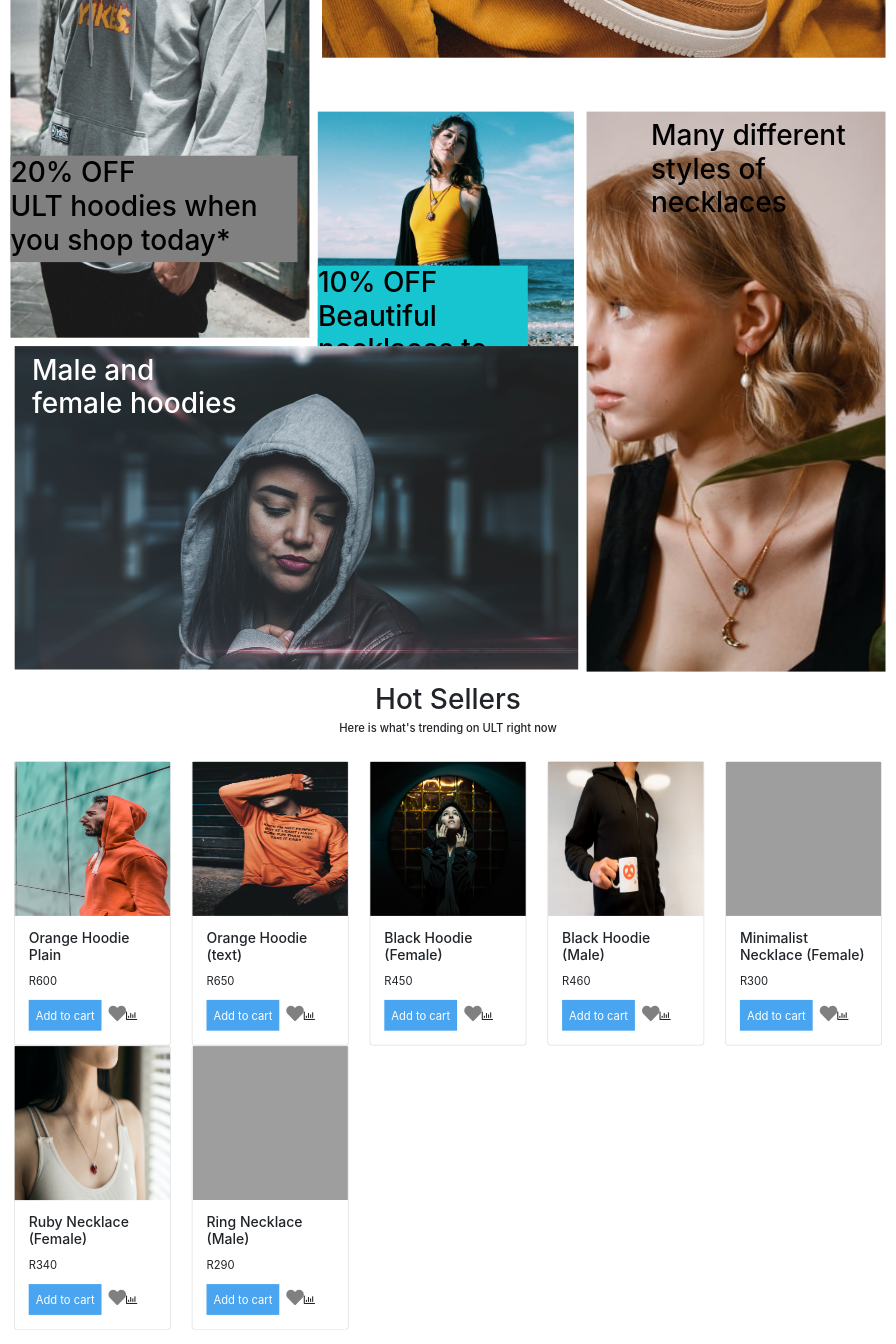
Repository: Ajtheult/Luma-Challenge-Site
Page: /
The author's editor kept a copy of each file at every save. The page is drawn from the files as they stood at one save, then again after the next save.
The browser window is 1280 px wide. The pictures show the part of the page from y = 988 to 2908 px (the page is 2908 px tall), at 70% of full size.
Pictures or frames that could not be fetched are drawn as grey boxes. The project was rebuilt for these pictures with package versions that can differ from the ones it lists, and the page was loaded fresh each time.

Above is the page before, as saved 2020-09-01 10:04:12.

After the next save:
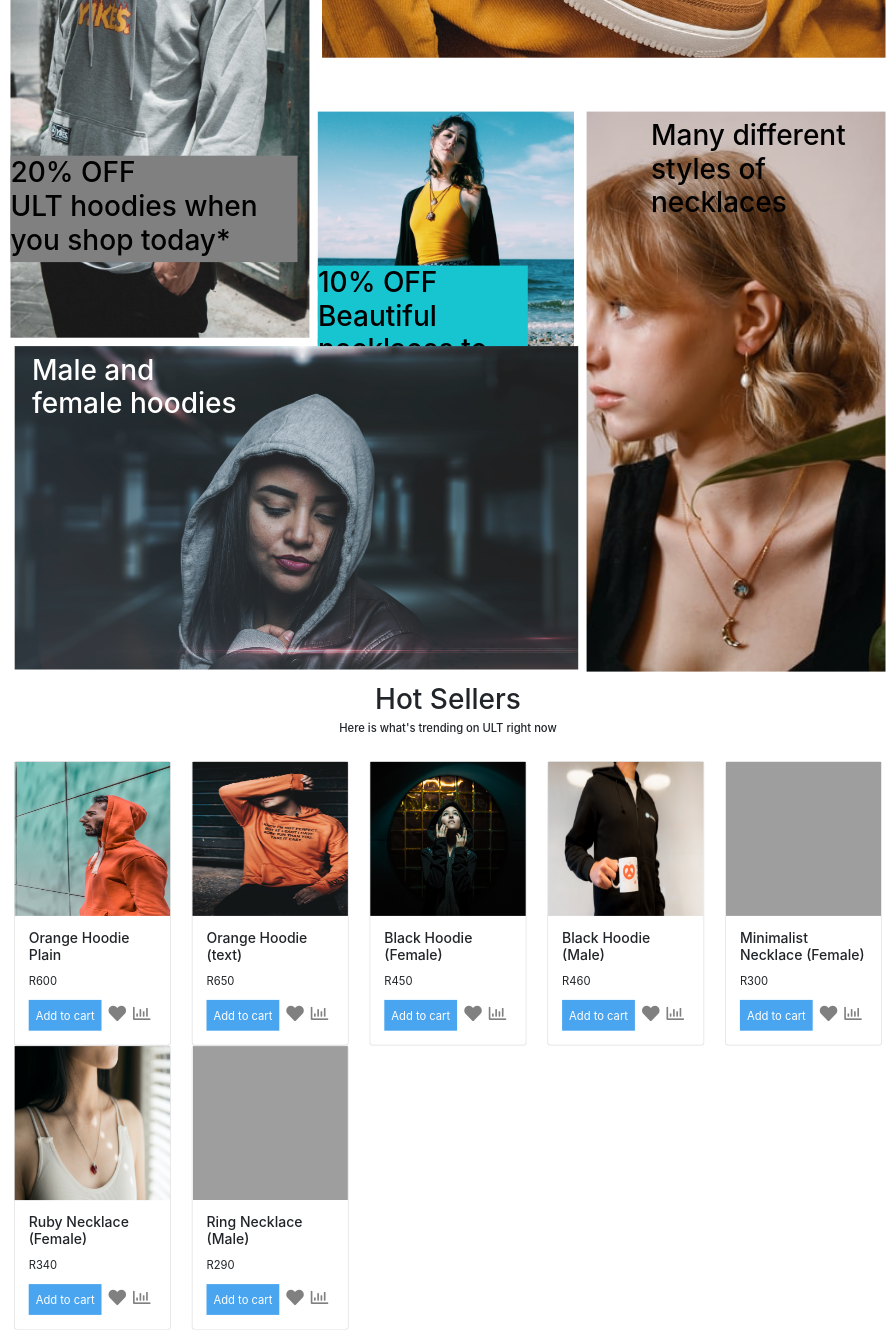
Saved 46 s later.
--- a/src/components/layout/pages/home/SecondHome.js
+++ b/src/components/layout/pages/home/SecondHome.js
@@ -37,7 +37,7 @@
                 <Card.Text>R600</Card.Text>
                 <button className="buttons">Add to cart</button>
                 <i class="fas fa-heart heart-icon-card"></i>
-                <i class="far fa-chart-bar"></i>
+                <i class="far fa-chart-bar heart-icon-card"></i>
               </Card.Body>
             </Card>
           </Col>
@@ -55,7 +55,7 @@
                 <Card.Text>R650</Card.Text>
                 <button className="buttons">Add to cart</button>
                 <i class="fas fa-heart heart-icon-card"></i>
-                <i class="far fa-chart-bar"></i>
+                <i class="far fa-chart-bar heart-icon-card"></i>
               </Card.Body>
             </Card>
           </Col>
@@ -73,7 +73,7 @@
                 <Card.Text>R450</Card.Text>
                 <button className="buttons">Add to cart</button>
                 <i class="fas fa-heart heart-icon-card"></i>
-                <i class="far fa-chart-bar"></i>
+                <i class="far fa-chart-bar heart-icon-card"></i>
               </Card.Body>
             </Card>
           </Col>
@@ -91,7 +91,7 @@
                 <Card.Text>R460</Card.Text>
                 <button className="buttons">Add to cart</button>
                 <i class="fas fa-heart heart-icon-card"></i>
-                <i class="far fa-chart-bar"></i>
+                <i class="far fa-chart-bar heart-icon-card"></i>
               </Card.Body>
             </Card>
           </Col>
@@ -109,7 +109,7 @@
                 <Card.Text>R300</Card.Text>
                 <button className="buttons">Add to cart</button>
                 <i class="fas fa-heart heart-icon-card"></i>
-                <i class="far fa-chart-bar"></i>
+                <i class="far fa-chart-bar heart-icon-card"></i>
               </Card.Body>
             </Card>
           </Col>
@@ -127,7 +127,7 @@
                 <Card.Text>R340</Card.Text>
                 <button className="buttons">Add to cart</button>
                 <i class="fas fa-heart heart-icon-card"></i>
-                <i class="far fa-chart-bar"></i>
+                <i class="far fa-chart-bar heart-icon-card"></i>
               </Card.Body>
             </Card>
           </Col>
@@ -145,7 +145,7 @@
                 <Card.Text>R290</Card.Text>
                 <button className="buttons">Add to cart</button>
                 <i class="fas fa-heart heart-icon-card"></i>
-                <i class="far fa-chart-bar"></i>
+                <i class="far fa-chart-bar heart-icon-card"></i>
               </Card.Body>
             </Card>
           </Col>
